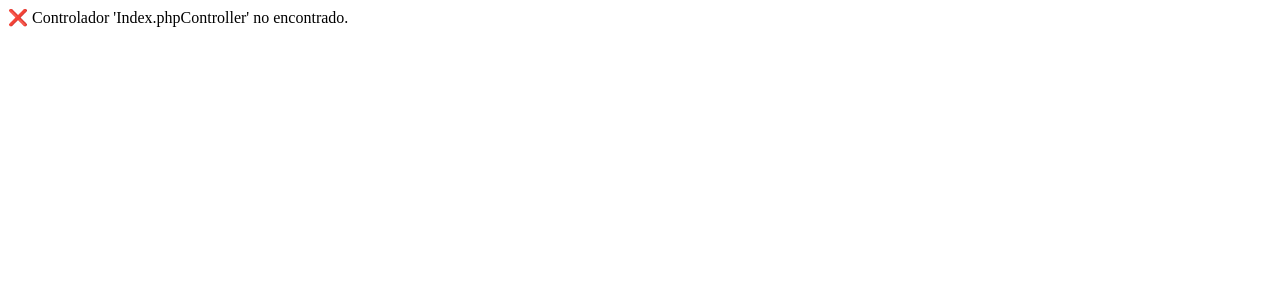
Repository: rafarmk/biblioteca-cif
Page: http://localhost/biblioteca-cif/index.php?ruta=home
These files come from the project's save history. The page is drawn as it stood at one moment and after the next save; the edit follows.
The browser window is 1280 px wide. The pictures show the whole page.
The page is run by PHP 8.4 with error messages shown; the project is at /var/www/html/. The session is filled in as if someone had signed in: {"usuario_id": 1, "nombre": "Test User", "apellidos": 1, "email": "test@example.com", "rol_id": 1, "rol_nombre": "Test User", "foto_perfil": "admin", "last_activity": 1759523173, "login_time": 1759523173}.

Above is the page before, as saved 2025-10-09 13:18:24.

After the next save:
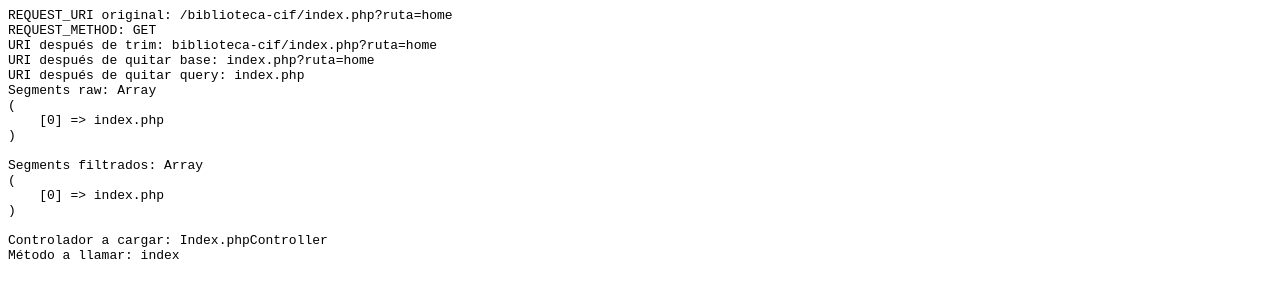
Saved 2 min 15 s later.
--- a/index.php
+++ b/index.php
@@ -5,8 +5,15 @@
 error_reporting(E_ALL);
 ini_set('display_errors', 1);
 
+// DEBUG: Ver qué está recibiendo
+echo "<pre>";
+echo "REQUEST_URI original: " . $_SERVER['REQUEST_URI'] . "\n";
+echo "REQUEST_METHOD: " . $_SERVER['REQUEST_METHOD'] . "\n";
+
 // Obtener la ruta solicitada
 $uri = trim($_SERVER['REQUEST_URI'], '/');
+echo "URI después de trim: " . $uri . "\n";
+
 $base = 'biblioteca-cif'; // nombre de tu carpeta en Laragon
 
 // Eliminar base del URI
@@ -14,14 +21,17 @@
     $uri = substr($uri, strlen($base));
     $uri = trim($uri, '/');
 }
+echo "URI después de quitar base: " . $uri . "\n";
 
 // Eliminar query string si existe
 if (($pos = strpos($uri, '?')) !== false) {
     $uri = substr($uri, 0, $pos);
 }
+echo "URI después de quitar query: " . $uri . "\n";
 
 // Si la URI está vacía, mostrar página de inicio
 if (empty($uri)) {
+    echo "URI vacía, redirigiendo a home\n";
     require_once 'controllers/BibliotecacifController.php';
     $controller = new BibliotecacifController();
     $controller->index();
@@ -29,32 +39,18 @@
 }
 
 $segments = explode('/', $uri);
+echo "Segments raw: " . print_r($segments, true) . "\n";
 
 // Eliminar segmentos vacíos
 $segments = array_filter($segments);
 $segments = array_values($segments); // Reindexar
+echo "Segments filtrados: " . print_r($segments, true) . "\n";
 
 // Determinar controlador y método
 $controllerName = !empty($segments[0]) ? ucfirst($segments[0]) . 'Controller' : 'BibliotecacifController';
 $method = $segments[1] ?? 'index';
 
-// Ruta al controlador
-$controllerPath = "controllers/$controllerName.php";
-
-if (file_exists($controllerPath)) {
-    require_once $controllerPath;
-
-    if (class_exists($controllerName)) {
-        $controller = new $controllerName();
-
-        if (method_exists($controller, $method)) {
-            $controller->$method();
-        } else {
-            echo "❌ Método '$method' no encontrado en $controllerName.";
-        }
-    } else {
-        echo "❌ Clase '$controllerName' no definida en el archivo.";
-    }
-} else {
-    echo "❌ Controlador '$controllerName' no encontrado.";
-}
+echo "Controlador a cargar: " . $controllerName . "\n";
+echo "Método a llamar: " . $method . "\n";
+echo "</pre>";
+die();

After the save that followed:
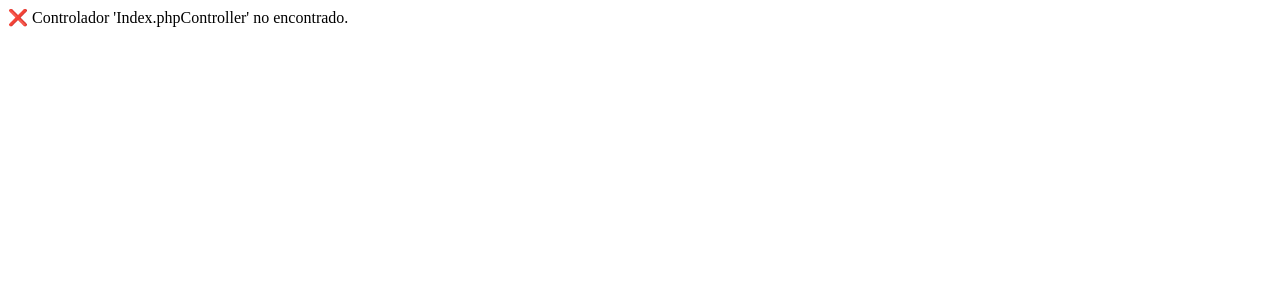
Saved 3 min 16 s later.
--- a/index.php
+++ b/index.php
@@ -5,15 +5,8 @@
 error_reporting(E_ALL);
 ini_set('display_errors', 1);
 
-// DEBUG: Ver qué está recibiendo
-echo "<pre>";
-echo "REQUEST_URI original: " . $_SERVER['REQUEST_URI'] . "\n";
-echo "REQUEST_METHOD: " . $_SERVER['REQUEST_METHOD'] . "\n";
-
 // Obtener la ruta solicitada
 $uri = trim($_SERVER['REQUEST_URI'], '/');
-echo "URI después de trim: " . $uri . "\n";
-
 $base = 'biblioteca-cif'; // nombre de tu carpeta en Laragon
 
 // Eliminar base del URI
@@ -21,17 +14,14 @@
     $uri = substr($uri, strlen($base));
     $uri = trim($uri, '/');
 }
-echo "URI después de quitar base: " . $uri . "\n";
 
 // Eliminar query string si existe
 if (($pos = strpos($uri, '?')) !== false) {
     $uri = substr($uri, 0, $pos);
 }
-echo "URI después de quitar query: " . $uri . "\n";
 
 // Si la URI está vacía, mostrar página de inicio
 if (empty($uri)) {
-    echo "URI vacía, redirigiendo a home\n";
     require_once 'controllers/BibliotecacifController.php';
     $controller = new BibliotecacifController();
     $controller->index();
@@ -39,18 +29,32 @@
 }
 
 $segments = explode('/', $uri);
-echo "Segments raw: " . print_r($segments, true) . "\n";
 
 // Eliminar segmentos vacíos
 $segments = array_filter($segments);
 $segments = array_values($segments); // Reindexar
-echo "Segments filtrados: " . print_r($segments, true) . "\n";
 
 // Determinar controlador y método
 $controllerName = !empty($segments[0]) ? ucfirst($segments[0]) . 'Controller' : 'BibliotecacifController';
 $method = $segments[1] ?? 'index';
 
-echo "Controlador a cargar: " . $controllerName . "\n";
-echo "Método a llamar: " . $method . "\n";
-echo "</pre>";
-die();
+// Ruta al controlador
+$controllerPath = "controllers/$controllerName.php";
+
+if (file_exists($controllerPath)) {
+    require_once $controllerPath;
+
+    if (class_exists($controllerName)) {
+        $controller = new $controllerName();
+
+        if (method_exists($controller, $method)) {
+            $controller->$method();
+        } else {
+            echo "❌ Método '$method' no encontrado en $controllerName.";
+        }
+    } else {
+        echo "❌ Clase '$controllerName' no definida en el archivo.";
+    }
+} else {
+    echo "❌ Controlador '$controllerName' no encontrado.";
+}
